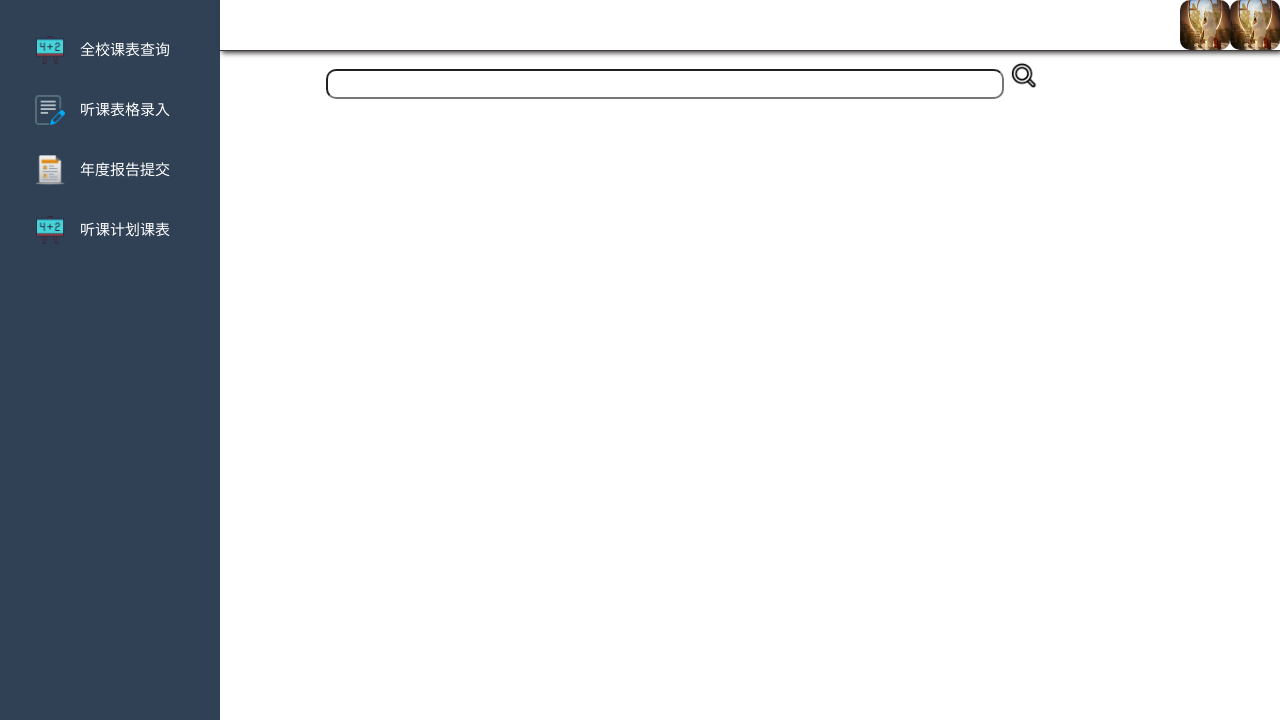
Repository: shandamengcheng/graduate-project
Page: /home
An editor plug-in stored every save of this project. The page is shown before and after the next save, followed by the edit.
The browser window is 1280 px wide. The pictures show the whole page.
The project was rebuilt for these pictures with package versions that can differ from the ones it lists, and the page was loaded fresh each time. Also part of the build but not shown: src/views/Login.vue.

Above is the page before, as saved 2021-03-14 12:29:15.

After the next save:
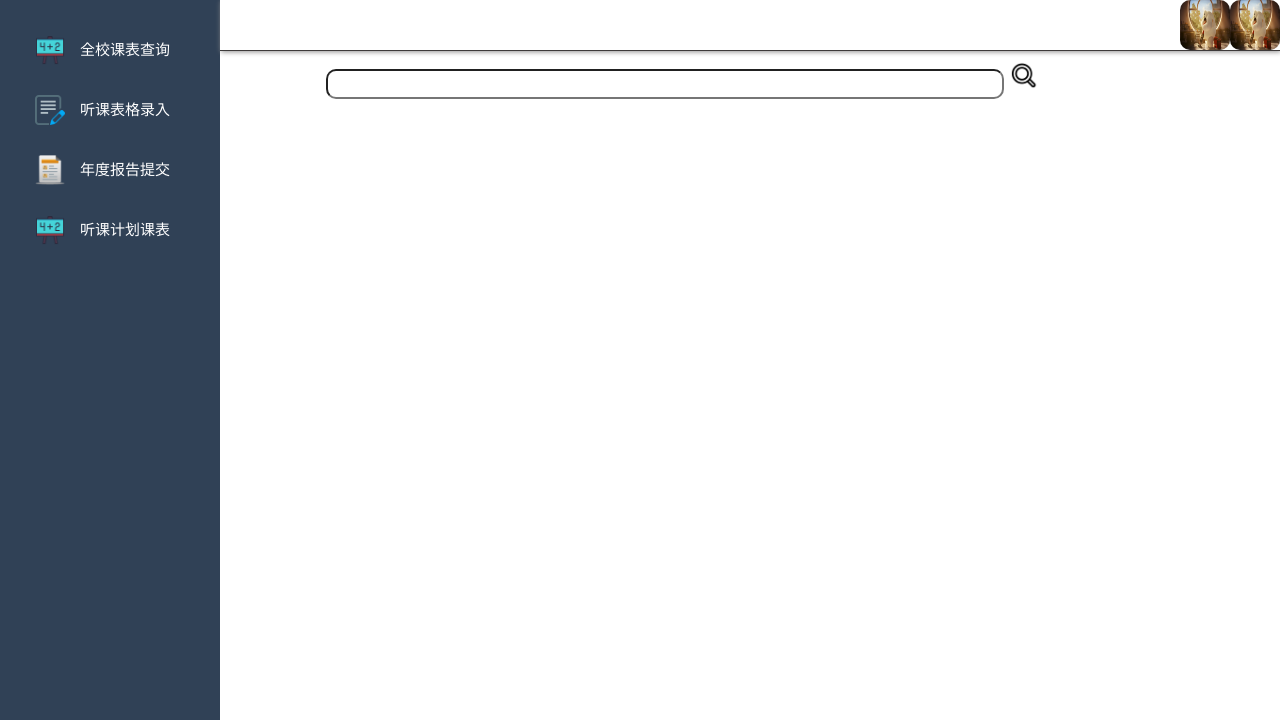
Saved 15 s later.
--- a/src/components/NavigationBar.vue
+++ b/src/components/NavigationBar.vue
@@ -19,7 +19,7 @@ export default {
   display: flex;
   justify-content: flex-end;
   border-bottom: 1px solid rgb(61, 58, 58);
-  box-shadow: 2px 2px 5px rgb(61, 58, 58);
+  box-shadow: 1px 1px 5px rgb(146, 145, 145);
 }
 .navbar img {
   display: inline-block;
